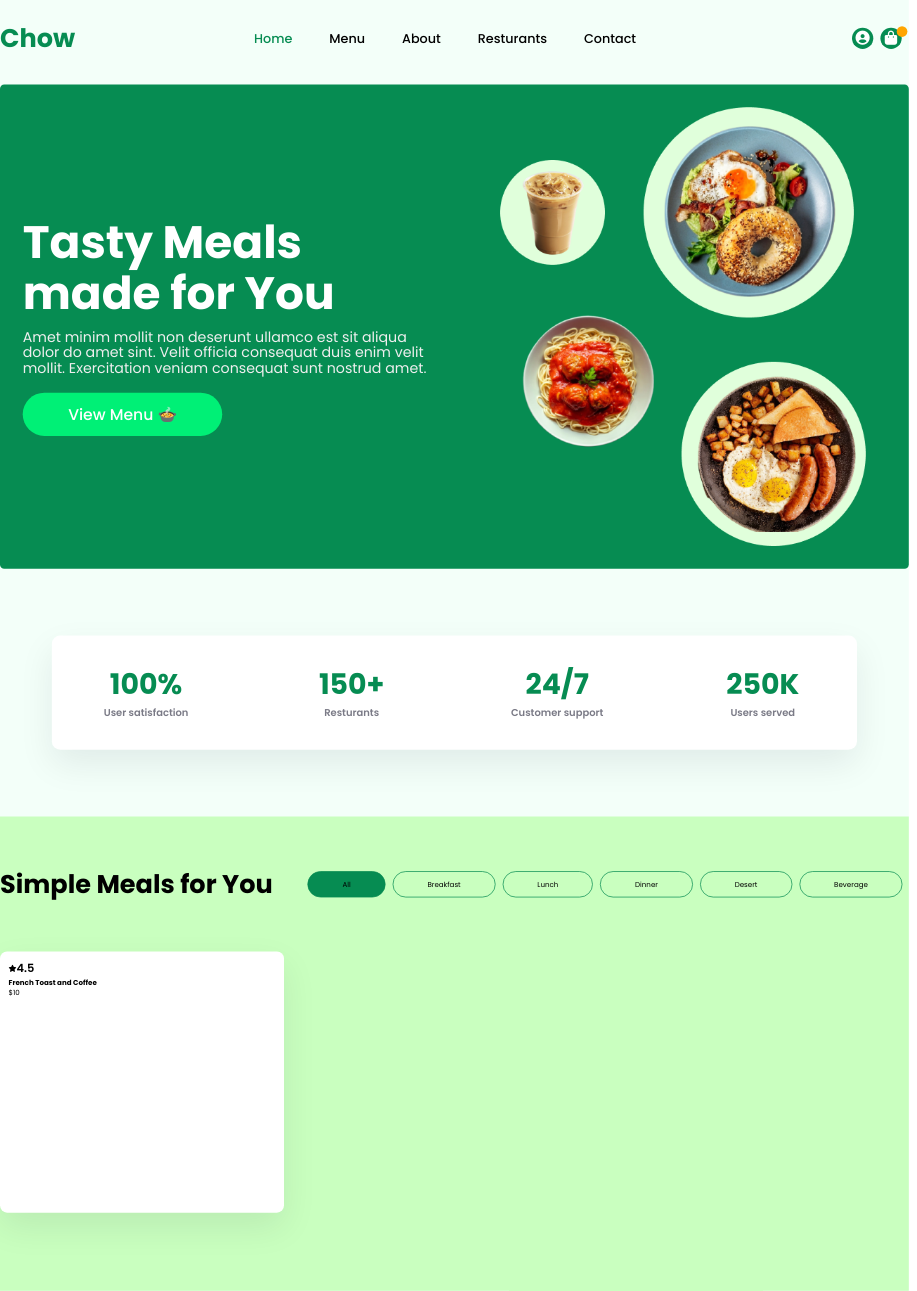
Repository: nguyennam1029/balbal
Page: index.html
An editor plug-in stored every save of this project. The page is shown before and after the next save, followed by the edit.
The browser window is 1280 px wide. The page is 1292 px wide, so the pictures cover 1292 px, including what lies to the right of the window. The pictures show the whole page, at 71% of full size.
Some web libraries are served in a nearby version.

Above is the page before, as saved 2022-07-01 22:19:40.

### index.html
<!DOCTYPE html>
<html lang="en">
  <head>
    <meta charset="UTF-8" />
    <meta http-equiv="X-UA-Compatible" content="IE=edge" />
    <meta name="viewport" content="width=device-width, initial-scale=1.0" />
    <title>Chow</title>
    <link
      rel="stylesheet"
      href="https://cdnjs.cloudflare.com/ajax/libs/font-awesome/6.1.1/css/all.min.css"
      integrity="sha512-KfkfwYDsLkIlwQp6LFnl8zNdLGxu9YAA1QvwINks4PhcElQSvqcyVLLD9aMhXd13uQjoXtEKNosOWaZqXgel0g=="
      crossorigin="anonymous"
      referrerpolicy="no-referrer"
    />
    <link rel="stylesheet" href="css/grid.css" />
    <link rel="stylesheet" href="css/style.css" />
  </head>
  <body>
    <div class="app">
      <div class="grid wide">
        <div class="menu">
          <a href="#" class="menu-left">Chow</a>
          <ul class="menu-center">
            <li class="menu-center-item">
              <a href="#" class="menu-center--link active">Home</a>
            </li>
            <li class="menu-center-item">
              <a href="#" class="menu-center--link">Menu</a>
            </li>
            <li class="menu-center-item">
              <a href="#" class="menu-center--link">About</a>
            </li>
            <li class="menu-center-item">
              <a href="#" class="menu-center--link">Resturants</a>
            </li>
            <li class="menu-center-item">
              <a href="#" class="menu-center--link">Contact</a>
            </li>
          </ul>
          <ul class="menu-right">
            <li class="menu-right-item">
              <a href="#" class="menu-right--link">
                <i class="fa-solid fa-circle-user"></i>
              </a>
            </li>
            <li class="menu-right-item">
              <a href="#" class="menu-right--link active">
                <i class="fa-solid fa-bag-shopping"></i>
                <span class="menu-right--circle"></span>
              </a>
            </li>
          </ul>
        </div>
        <div class="banner">
          <div class="row">
            <div class="col l-6 m-6 c-12">
              <div class="banner-info">
                <h1 class="banner-title">Tasty Meals made for You</h1>
                <span class="banner-des"
                  >Amet minim mollit non deserunt ullamco est sit aliqua dolor
                  do amet sint. Velit officia consequat duis enim velit mollit.
                  Exercitation veniam consequat sunt nostrud amet.</span
                >
                <a href="#" class="banner-btn"> View Menu 🍲 </a>
              </div>
            </div>
            <div class="col l-6 m-6 c-12">
              <div class="banner-img">
                <img src="images/banner1.png" alt="" />
              </div>
            </div>
          </div>
        </div>
        <div class="statistical">
          <div class="row">
            <div class="col l-3 m-6 c-12">
              <div class="statistical-item">
                <h3 class="statistical-item--title">100%</h3>
                <span class="statistical-item--des">User satisfaction</span>
              </div>
            </div>
            <div class="col l-3 m-6 c-12">
              <div class="statistical-item">
                <h3 class="statistical-item--title">150+</h3>
                <span class="statistical-item--des">Resturants</span>
              </div>
            </div>
            <div class="col l-3 m-6 c-12">
              <div class="statistical-item">
                <h3 class="statistical-item--title">24/7</h3>
                <span class="statistical-item--des">Customer support</span>
              </div>
            </div>
            <div class="col l-3 m-6 c-12">
              <div class="statistical-item">
                <h3 class="statistical-item--title">250K</h3>
                <span class="statistical-item--des">Users served</span>
              </div>
            </div>
          </div>
        </div>
      </div>
      <div class="product">
        <div class="grid wide">
          <div class="product-top row">
            <div class="col l-4 m-3 c-12">
              <h3 class="product-heading">Simple Meals for You</h3>
            </div>
            <div class="col l-8 m-8 c-12">
              <ul class="tab-list">
                <li class="tab-item active">All</li>
                <li class="tab-item">Breakfast</li>
                <li class="tab-item">Lunch</li>
                <li class="tab-item">Dinner</li>
                <li class="tab-item">Desert</li>
                <li class="tab-item">Beverage</li>
              </ul>
            </div>
          </div>
          <div class="product-list">
            <div class="row">
              <div class="col l-4 m-6 l-12">
                <div class="product-item">
                  <div class="product-item--rating">
                    <i class="fa-solid fa-star"></i>
                    <span>4.5</span>
                  </div>
                  <div class="product-item--content">
                    <h4 class="product-item--name">French Toast and Coffee</h4>
                    <div class="product-item--footer">
                      <span class="product-item--price">$10</span>
                      <a href="#" class="product-item--btn"></a>
                    </div>
                  </div>
                </div>
              </div>
            </div>
          </div>
        </div>
      </div>
    </div>
  </body>
</html>

### css/grid.css
/* L là pc ,  M là tablet, C là mobile  */
.grid {
    width  : 100%;
    display: block;
    padding: 0;
}

.grid.wide {
    max-width: 1280px;
    margin   : 0 auto;
}

.row {
    display     : flex;
    flex-wrap   : wrap;
    margin-left : -4px;
    margin-right: -4px;
}

.row.no-gutters {
    margin-left : 0;
    margin-right: 0;
}

.col {
    padding-left : 4px;
    padding-right: 4px;
}

.row.no-gutters .col {
    padding-left : 0;
    padding-right: 0;
}

.c-0 {
    display: none;
}

.c-1 {
    flex     : 0 0 8.33333%;
    max-width: 8.33333%;
}

.c-2 {
    flex     : 0 0 16.66667%;
    max-width: 16.66667%;
}

.c-3 {
    flex     : 0 0 25%;
    max-width: 25%;
}

.c-4 {
    flex     : 0 0 33.33333%;
    max-width: 33.33333%;
}

.c-5 {
    flex     : 0 0 41.66667%;
    max-width: 41.66667%;
}

.c-6 {
    flex     : 0 0 50%;
    max-width: 50%;
}

.c-7 {
    flex     : 0 0 58.33333%;
    max-width: 58.33333%;
}

.c-8 {
    flex     : 0 0 66.66667%;
    max-width: 66.66667%;
}

.c-9 {
    flex     : 0 0 75%;
    max-width: 75%;
}

.c-10 {
    flex     : 0 0 83.33333%;
    max-width: 83.33333%;
}

.c-11 {
    flex     : 0 0 91.66667%;
    max-width: 91.66667%;
}

.c-12 {
    flex     : 0 0 100%;
    max-width: 100%;
}

.c-o-1 {
    margin-left: 8.33333%;
}

.c-o-2 {
    margin-left: 16.66667%;
}

.c-o-3 {
    margin-left: 25%;
}

.c-o-4 {
    margin-left: 33.33333%;
}

.c-o-5 {
    margin-left: 41.66667%;
}

.c-o-6 {
    margin-left: 50%;
}

.c-o-7 {
    margin-left: 58.33333%;
}

.c-o-8 {
    margin-left: 66.66667%;
}

.c-o-9 {
    margin-left: 75%;
}

.c-o-10 {
    margin-left: 83.33333%;
}

.c-o-11 {
    margin-left: 91.66667%;
}

/* >= Tablet */
@media (min-width: 740px) {
    .row {
        margin-left : -8px;
        margin-right: -8px;
    }

    .col {
        padding-left : 8px;
        padding-right: 8px;
    }

    .m-0 {
        display: none;
    }

    .m-1,
    .m-2,
    .m-3,
    .m-4,
    .m-5,
    .m-6,
    .m-7,
    .m-8,
    .m-9,
    .m-10,
    .m-11,
    .m-12 {
        display: block;
    }

    .m-1 {
        flex     : 0 0 8.33333%;
        max-width: 8.33333%;
    }

    .m-2 {
        flex     : 0 0 16.66667%;
        max-width: 16.66667%;
    }

    .m-3 {
        flex     : 0 0 25%;
        max-width: 25%;
    }

    .m-4 {
        flex     : 0 0 33.33333%;
        max-width: 33.33333%;
    }

    .m-5 {
        flex     : 0 0 41.66667%;
        max-width: 41.66667%;
    }

    .m-6 {
        flex     : 0 0 50%;
        max-width: 50%;
    }

    .m-7 {
        flex     : 0 0 58.33333%;
        max-width: 58.33333%;
    }

    .m-8 {
        flex     : 0 0 66.66667%;
        max-width: 66.66667%;
    }

    .m-9 {
        flex     : 0 0 75%;
        max-width: 75%;
    }

    .m-10 {
        flex     : 0 0 83.33333%;
        max-width: 83.33333%;
    }

    .m-11 {
        flex     : 0 0 91.66667%;
        max-width: 91.66667%;
    }

    .m-12 {
        flex     : 0 0 100%;
        max-width: 100%;
    }

    .m-o-1 {
        margin-left: 8.33333%;
    }

    .m-o-2 {
        margin-left: 16.66667%;
    }

    .m-o-3 {
        margin-left: 25%;
    }

    .m-o-4 {
        margin-left: 33.33333%;
    }

    .m-o-5 {
        margin-left: 41.66667%;
    }

    .m-o-6 {
        margin-left: 50%;
    }

    .m-o-7 {
        margin-left: 58.33333%;
    }

    .m-o-8 {
        margin-left: 66.66667%;
    }

    .m-o-9 {
        margin-left: 75%;
    }

    .m-o-10 {
        margin-left: 83.33333%;
    }

    .m-o-11 {
        margin-left: 91.66667%;
    }
}

/* PC medium resolution > */
@media (min-width: 1113px) {
    .row {
        margin-left : -12px;
        margin-right: -12px;
    }

    .row.sm-gutter {
        margin-left : -5px;
        margin-right: -5px;
    }

    .col {
        padding-left : 12px;
        padding-right: 12px;
    }

    .row.sm-gutter .col {
        padding-left : 5px;
        padding-right: 5px;
    }

    .l-0 {
        display: none;
    }

    .l-1,
    .l-2,
    .l-2-4,
    .l-3,
    .l-4,
    .l-5,
    .l-6,
    .l-7,
    .l-8,
    .l-9,
    .l-10,
    .l-11,
    .l-12 {
        display: block;
    }

    .l-1 {
        flex     : 0 0 8.33333%;
        max-width: 8.33333%;
    }

    .l-2 {
        flex     : 0 0 16.66667%;
        max-width: 16.66667%;
    }

    .l-2-4 {
        flex     : 0 0 20%;
        max-width: 20%;
    }

    .l-3 {
        flex     : 0 0 25%;
        max-width: 25%;
    }

    .l-4 {
        flex     : 0 0 33.33333%;
        max-width: 33.33333%;
    }

    .l-5 {
        flex     : 0 0 41.66667%;
        max-width: 41.66667%;
    }

    .l-6 {
        flex     : 0 0 50%;
        max-width: 50%;
    }

    .l-7 {
        flex     : 0 0 58.33333%;
        max-width: 58.33333%;
    }

    .l-8 {
        flex     : 0 0 66.66667%;
        max-width: 66.66667%;
    }

    .l-9 {
        flex     : 0 0 75%;
        max-width: 75%;
    }

    .l-10 {
        flex     : 0 0 83.33333%;
        max-width: 83.33333%;
    }

    .l-11 {
        flex     : 0 0 91.66667%;
        max-width: 91.66667%;
    }

    .l-12 {
        flex     : 0 0 100%;
        max-width: 100%;
    }

    .l-o-1 {
        margin-left: 8.33333%;
    }

    .l-o-2 {
        margin-left: 16.66667%;
    }

    .l-o-3 {
        margin-left: 25%;
    }

    .l-o-4 {
        margin-left: 33.33333%;
    }

    .l-o-5 {
        margin-left: 41.66667%;
    }

    .l-o-6 {
        margin-left: 50%;
    }

    .l-o-7 {
        margin-left: 58.33333%;
    }

    .l-o-8 {
        margin-left: 66.66667%;
    }

    .l-o-9 {
        margin-left: 75%;
    }

    .l-o-10 {
        margin-left: 83.33333%;
    }

    .l-o-11 {
        margin-left: 91.66667%;
    }
}

/* Tablet - PC low resolution */
@media (min-width: 740px) and (max-width: 1023px) {
    .wide {
        width: 644px;
    }
}

/* > PC low resolution */
@media (min-width: 1024px) and (max-width: 1239px) {
    .wide {
        width: 984px;
    }

    .wide .row {
        margin-left : -12px;
        margin-right: -12px;
    }

    .wide .row.sm-gutter {
        margin-left : -5px;
        margin-right: -5px;
    }

    .wide .col {
        padding-left : 12px;
        padding-right: 12px;
    }

    .wide .row.sm-gutter .col {
        padding-left : 5px;
        padding-right: 5px;
    }

    .wide .l-0 {
        display: none;
    }

    .wide .l-1,
    .wide .l-2,
    .wide .l-2-4,
    .wide .l-3,
    .wide .l-4,
    .wide .l-5,
    .wide .l-6,
    .wide .l-7,
    .wide .l-8,
    .wide .l-9,
    .wide .l-10,
    .wide .l-11,
    .wide .l-12 {
        display: block;
    }

    .wide .l-1 {
        flex     : 0 0 8.33333%;
        max-width: 8.33333%;
    }

    .wide .l-2 {
        flex     : 0 0 16.66667%;
        max-width: 16.66667%;
    }

    .wide .l-2-4 {
        flex     : 0 0 20%;
        max-width: 20%;
    }

    .wide .l-3 {
        flex     : 0 0 25%;
        max-width: 25%;
    }

    .wide .l-4 {
        flex     : 0 0 33.33333%;
        max-width: 33.33333%;
    }

    .wide .l-5 {
        flex     : 0 0 41.66667%;
        max-width: 41.66667%;
    }

    .wide .l-6 {
        flex     : 0 0 50%;
        max-width: 50%;
    }

    .wide .l-7 {
        flex     : 0 0 58.33333%;
        max-width: 58.33333%;
    }

    .wide .l-8 {
        flex     : 0 0 66.66667%;
        max-width: 66.66667%;
    }

    .wide .l-9 {
        flex     : 0 0 75%;
        max-width: 75%;
    }

    .wide .l-10 {
        flex     : 0 0 83.33333%;
        max-width: 83.33333%;
    }

    .wide .l-11 {
        flex     : 0 0 91.66667%;
        max-width: 91.66667%;
    }

    .wide .l-12 {
        flex     : 0 0 100%;
        max-width: 100%;
    }

    .wide .l-o-1 {
        margin-left: 8.33333%;
    }

    .wide .l-o-2 {
        margin-left: 16.66667%;
    }

    .wide .l-o-3 {
        margin-left: 25%;
    }

    .wide .l-o-4 {
        margin-left: 33.33333%;
    }

    .wide .l-o-5 {
        margin-left: 41.66667%;
    }

    .wide .l-o-6 {
        margin-left: 50%;
    }

    .wide .l-o-7 {
        margin-left: 58.33333%;
    }

    .wide .l-o-8 {
        margin-left: 66.66667%;
    }

    .wide .l-o-9 {
        margin-left: 75%;
    }

    .wide .l-o-10 {
        margin-left: 83.33333%;
    }

    .wide .l-o-11 {
        margin-left: 91.66667%;
    }
}

### css/style.css
@import url('https://fonts.googleapis.com/css2?family=Poppins:wght@400;500;600;700&display=swap');

*,
*::before,
*::after {
    box-sizing: border-box;
}

* {
    margin : 0;
    padding: 0;
}

html {
    font-family: 'Poppins',
        sans-serif;
    font-size: 62.5%;
}

html,
body {
    height: 100%;
}

body {
    line-height: 1.5;
}

img,
picture,
video,
canvas,
svg {
    display  : block;
    max-width: 100%;
}

input,
button,
textarea,
select {
    font   : inherit;
    outline: none;
}

p,
h1,
h2,
h3,
h4,
h5,
h6 {
    overflow-wrap: break-word;
}

a {
    text-decoration: none;
}

ul {
    list-style: none;
}

.app {
    background-color: #f3fff9;
    padding-top     : 34px;
}

.menu {
    display        : flex;
    justify-content: space-between;
    align-items    : center;
    margin         : 0 0 45px;
}

.menu-left {
    font-weight: 700;
    font-size  : 3.6rem;
    line-height: 40px;

    color: #068C52;
}

.menu-center,
.menu-right {
    display        : flex;
    justify-content: center;
    align-items    : center;
}

.menu-center--link {
    margin-right: 52px;
    font-weight : 500;
    font-size   : 1.8rem;
    line-height : 27px;
    color       : #000000;
}

.menu-center--link.active {
    color: #068C52;
}

.menu-right--link {
    margin-right         : 10px;
    display              : flex;
    justify-content      : center;
    align-items          : center;
    width                : 30px;
    height               : 30px;
    border-radius        : 50%;
    -webkit-border-radius: 50%;
    -moz-border-radius   : 50%;
    -ms-border-radius    : 50%;
    -o-border-radius     : 50%;
    background-color     : #068C52;
}

.menu-right--link i {
    color    : #fff;
    font-size: 2rem;
}

.menu-right--link.active {
    position: relative;
}

.menu-right--circle {
    position             : absolute;
    top                  : -2px;
    right                : -8px;
    width                : 15px;
    height               : 15px;
    background           : #FFA500;
    border-radius        : 50%;
    -webkit-border-radius: 50%;
    -moz-border-radius   : 50%;
    -ms-border-radius    : 50%;
    -o-border-radius     : 50%;
}

.banner {
    background-color     : #068C52;
    border-radius        : 6px;
    -webkit-border-radius: 6px;
    -moz-border-radius   : 6px;
    -ms-border-radius    : 6px;
    -o-border-radius     : 6px;
    padding              : 32px;
}

.banner-info {
    display           : flex;
    justify-content   : center;
    /* align-items    : center; */
    flex-direction    : column;
    height            : 100%;
}

.banner-title {
    font-weight: 700;
    font-size  : 6.4rem;
    line-height: 72px;

    color: #FFFFFF;
}

.banner-des {
    font-weight: 400;
    font-size  : 2rem;
    line-height: 22px;
    display    : block;
    color      : #EFEFEF;
    margin     : 14px 0 24px;
}

.banner-btn {
    font-weight          : 500;
    font-size            : 2.2rem;
    line-height          : 33px;
    padding              : 14px 64px;
    /*Primary/White*/
    color                : #FFFFFF;
    background           : #00F076;
    border-radius        : 32px;
    -webkit-border-radius: 32px;
    -moz-border-radius   : 32px;
    -ms-border-radius    : 32px;
    -o-border-radius     : 32px;
    width                : fit-content;
}

.statistical {
    max-width    : 1134px;
    margin       : 94px auto;
    /* border    : 1px solid; */
    background   : #FFFFFF;
    /* Drop Shadow/High */
    padding      : 40px 0;
    box-shadow   : 0px 20px 50px rgba(18, 17, 39, 0.08);
    border-radius: 12px;
    text-align   : center;
}

.statistical-item--title {
    font-weight: 700;
    font-size  : 4rem;
    line-height: 140%;
    /* identical to box height, or 56px */

    text-align: center;

    color: #068C52;
}

.statistical-item--des {
    font-weight: 600;
    font-size  : 1.4rem;
    line-height: 180%;
    color      : rgba(18, 17, 39, 0.56);
}

.product {
    background-color: #c9ffbf;
    padding         : 76px 0 46px;
}

.product-top {
    display        : flex;
    justify-content: space-between;
    align-items    : center;
}

.product-heading {
    font-weight: 700;
    font-size  : 3.6rem;
    line-height: 40px;

    color: #000000;
}

.tab-list {
    display        : flex;
    justify-content: center;
    align-items    : center;

}

.tab-item {
    padding           : 10px 48px;
    border            : 1px solid #068C52;
    border-radius     : 40px;
    display           : block;
    margin-right      : 10px;
    cursor            : pointer;
    transition        : .25s ease-in;
    -webkit-transition: .25s ease-in;
    -moz-transition   : .25s ease-in;
    -ms-transition    : .25s ease-in;
    -o-transition     : .25s ease-in;
}

.tab-item.active {
    background: #068C52;
    cursor    : default;
}

.tab-item:hover {
    background: #068c5290;
}

.product-list {
    margin: 74px 0 64px;
}

.product-item {
    background: #FFFFFF;
    /* Drop Shadow/High */

    box-shadow   : 0px 20px 50px rgba(18, 17, 39, 0.08);
    border-radius: 10px;
    width        : calc((100% - 80px) / 3);
    min-height   : 368px;
    padding      : 12px;
}

.product-item--rating {
    display           : flex;
    /* justify-content: center; */
    align-items       : center;
}

.product-item--rating img {
    width     : 40px;
    height    : 40px;
    object-fit: cover;
}

.product-item--rating span {
    font-weight: 600;
    font-size  : 1.6rem;
    line-height: 24px;
    /* identical to box height */


    color: #000000;
}

After the next save:
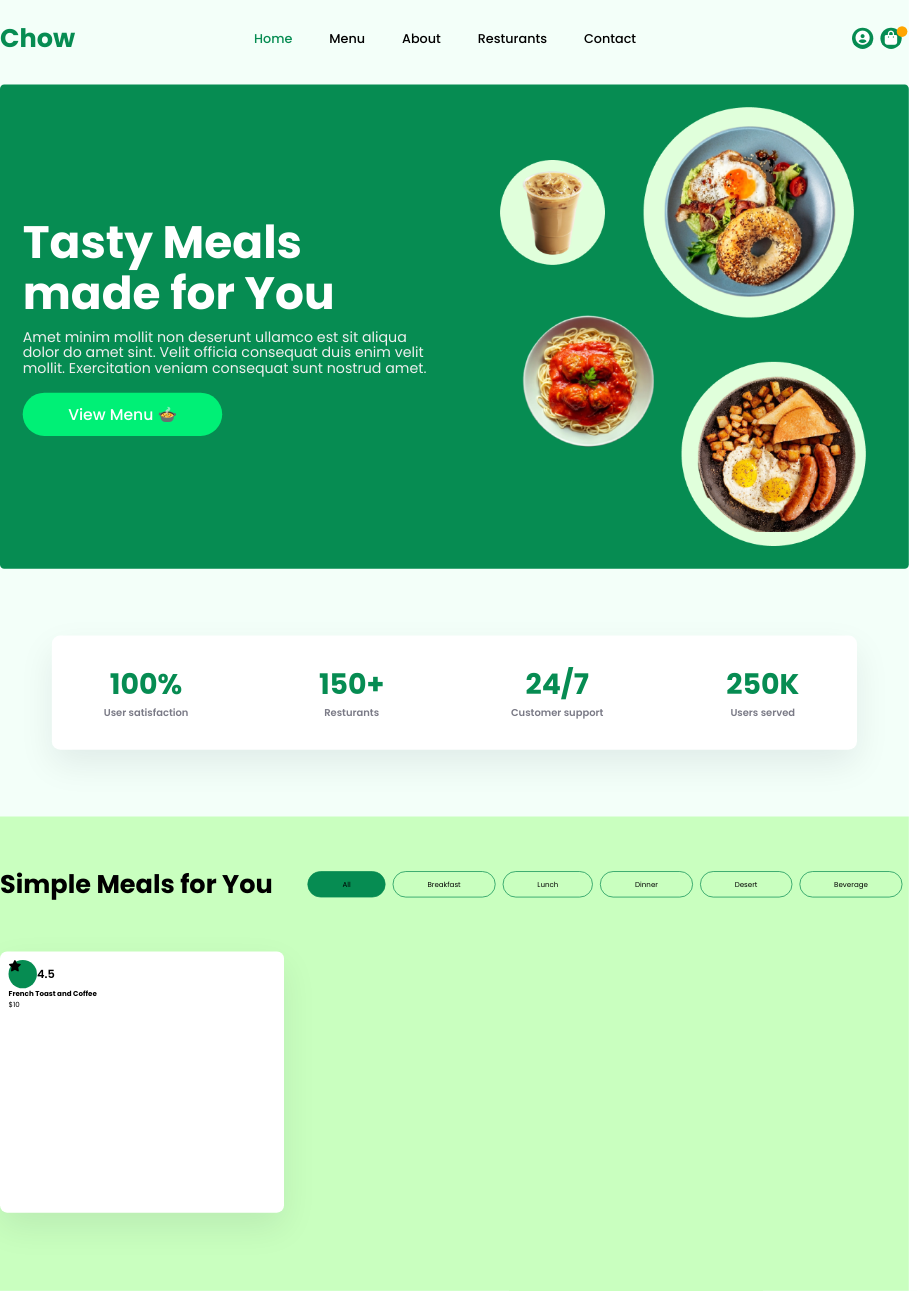
Saved 47 s later.
--- a/css/style.css
+++ b/css/style.css
@@ -289,10 +289,16 @@ ul {
     align-items       : center;
 }
 
-.product-item--rating img {
-    width     : 40px;
-    height    : 40px;
-    object-fit: cover;
+.product-item--rating i {
+    width                : 40px;
+    height               : 40px;
+    font-size            : 1.6rem;
+    border-radius        : 50%;
+    background           : #068C52;
+    -webkit-border-radius: 50%;
+    -moz-border-radius   : 50%;
+    -ms-border-radius    : 50%;
+    -o-border-radius     : 50%;
 }
 
 .product-item--rating span {
